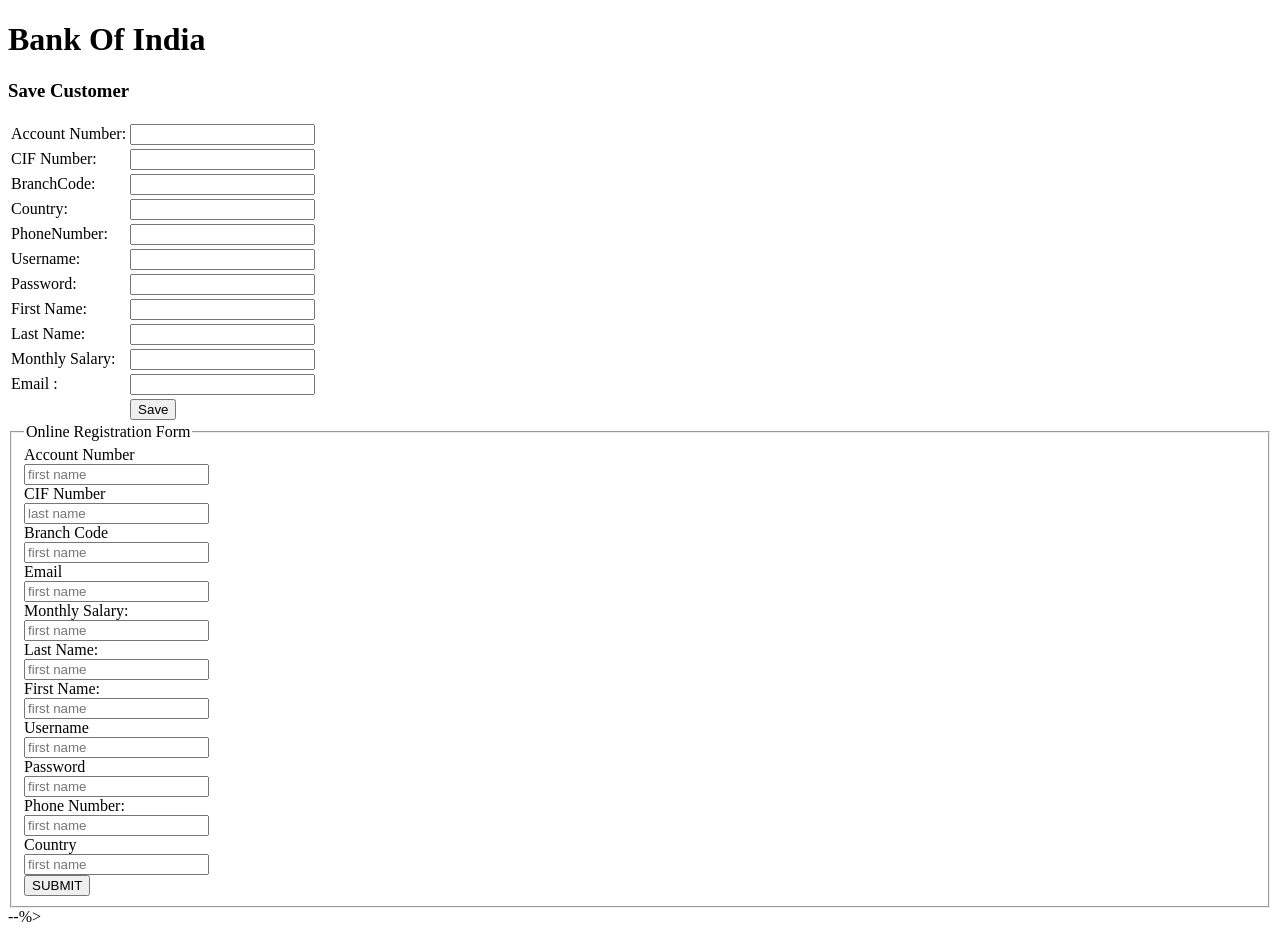
Repository: SivaSRKSomanchi/BellInfo-FinalProject
Page: http://localhost/bellinfo-finalproject/WEB-INF/view/userRegistrationPage.jsp
These files come from the project's save history. The page is drawn as it stood at one moment and after the next save; the edit follows.
The browser window is 1280 px wide. The pictures show the whole page.
The page is served by Tomcat 9. Nobody is signed in. The template is opened directly, without the code that normally fills it, so the values that code supplies are empty.

Above is the page before, as saved 2017-08-10 19:40:34.

After the next save:
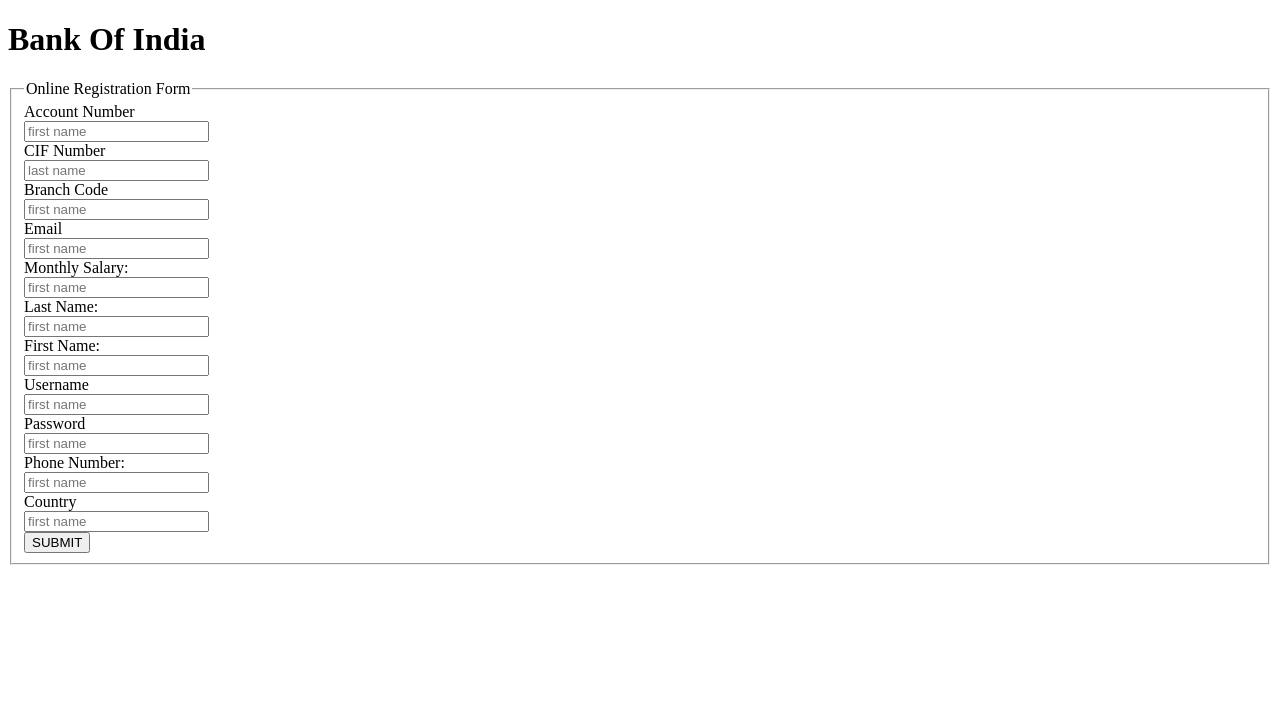
Saved 2 min 21 s later.
--- a/bellinfo-finalproject/src/main/webapp/WEB-INF/view/userRegistrationPage.jsp
+++ b/bellinfo-finalproject/src/main/webapp/WEB-INF/view/userRegistrationPage.jsp
@@ -17,72 +17,8 @@
 		</div>
 	</div>
 
-	<div id="container">
-		<h3>Save Customer</h3>
-	</div>
-	<form:form action="enterPass"
-		modelAttribute="userRegis" method="POST">
-		<table>
-			<tbody>
-				<tr>
-					<td><label>Account Number:</label></td>
-					<td><form:input path="accountNumber"/></td>
-				</tr>
-				<tr>
-					<td><label>CIF Number:</label></td>
-					<td><form:input path="cifNumber" /></td>
-				</tr>
-				<tr>
-					<td><label>BranchCode:</label></td>
-					<td><form:input path="branchCode" /></td>
-				</tr>
-
-				<tr>
-					<td><label>Country:</label></td>
-					<td><form:input path="country" /></td>
-				</tr>
-
-				<tr>
-					<td><label>PhoneNumber:</label></td>
-					<td><form:input path="phoneNumber" /></td>
-				</tr>
-				<tr>
-					<td><label>Username:</label></td>
-					<td><form:input path="username"/></td>
-				</tr>
-				<tr>
-					<td><label>Password:</label></td>
-					<td><form:input path="password" /></td>
-				</tr>
-				<tr>
-					<td><label>First Name:</label></td>
-					<td><form:input path="firstName" /></td>
-				</tr>
-				<tr>
-					<td><label>Last Name:</label></td>
-					<td><form:input path="lastName" /></td>
-				</tr>
-				<tr>
-					<td><label>Monthly Salary:</label></td>
-					<td><form:input path="salary" /></td>
-				</tr>
-
-				<tr>
-					<td><label>Email : </label></td>
-					<td><form:input path="email" /></td>
-				</tr>
-
-				<tr>
-					<td><label></label></td>
-					<td><input type="submit" value="Save" class="save"/></td>
-				</tr>
-			</tbody>
-		</table>
-	</form:form>
-</body>
-</html>
-
-<form:form class="form-horizontal">
+<form:form action="enterPass"
+		modelAttribute="userRegis" method="POST" class="form-horizontal">
 <fieldset>
 
 <!-- Form Name -->
@@ -196,4 +132,62 @@
 
 </fieldset>
 </form:form>
- --%>
+</body>
+</html>
+
+<%-- <table>
+			<tbody>
+				<tr>
+					<td><label>Account Number:</label></td>
+					<td><form:input path="accountNumber"/></td>
+				</tr>
+				<tr>
+					<td><label>CIF Number:</label></td>
+					<td><form:input path="cifNumber" /></td>
+				</tr>
+				<tr>
+					<td><label>BranchCode:</label></td>
+					<td><form:input path="branchCode" /></td>
+				</tr>
+
+				<tr>
+					<td><label>Country:</label></td>
+					<td><form:input path="country" /></td>
+				</tr>
+
+				<tr>
+					<td><label>PhoneNumber:</label></td>
+					<td><form:input path="phoneNumber" /></td>
+				</tr>
+				<tr>
+					<td><label>Username:</label></td>
+					<td><form:input path="username"/></td>
+				</tr>
+				<tr>
+					<td><label>Password:</label></td>
+					<td><form:input path="password" /></td>
+				</tr>
+				<tr>
+					<td><label>First Name:</label></td>
+					<td><form:input path="firstName" /></td>
+				</tr>
+				<tr>
+					<td><label>Last Name:</label></td>
+					<td><form:input path="lastName" /></td>
+				</tr>
+				<tr>
+					<td><label>Monthly Salary:</label></td>
+					<td><form:input path="salary" /></td>
+				</tr>
+
+				<tr>
+					<td><label>Email : </label></td>
+					<td><form:input path="email" /></td>
+				</tr>
+
+				<tr>
+					<td><label></label></td>
+					<td><input type="submit" value="Save" class="save"/></td>
+				</tr>
+			</tbody>
+		</table> --%>
